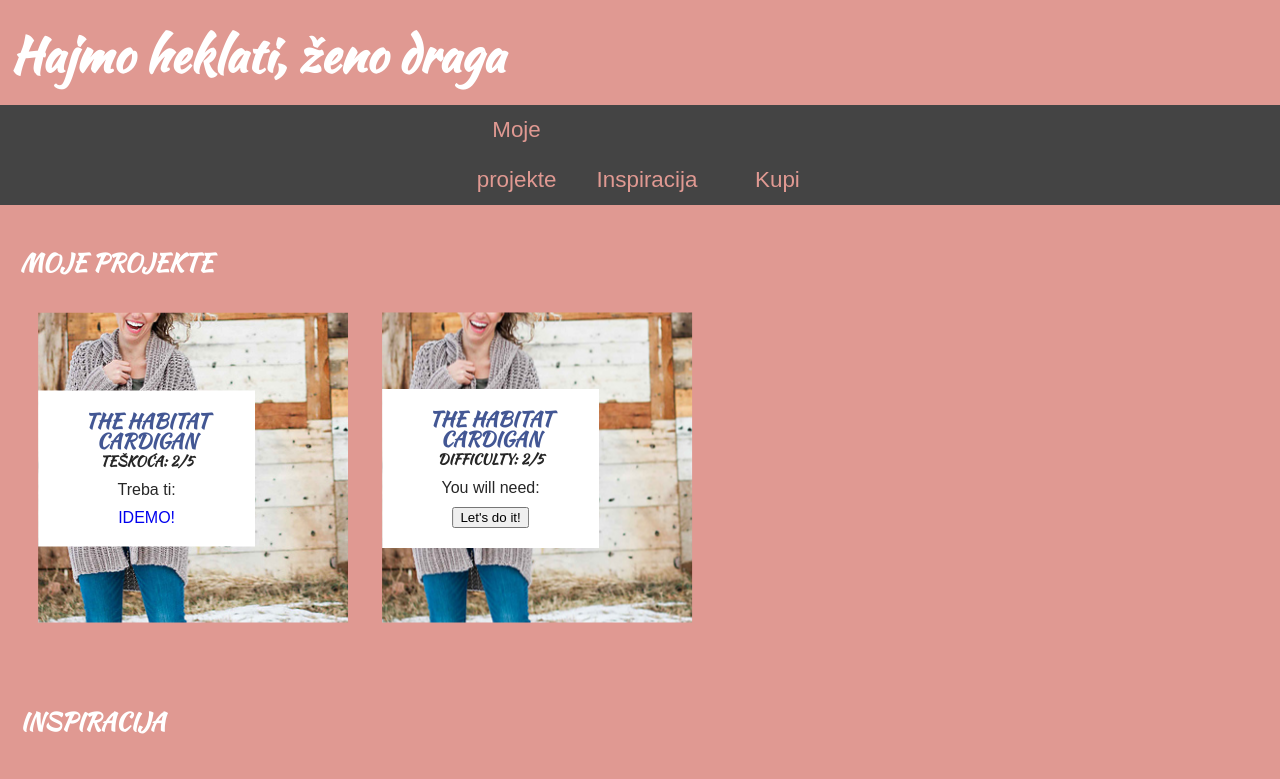
Repository: sdnc/Heklamo
Page: index.html
The author's editor kept a copy of each file at every save. The page is drawn from the files as they stood at one save, then again after a run of saves.
The browser window is 1280 px wide. The pictures show the whole page.

Above is the page before, as saved 2020-12-24 15:13:55.
Console error: ReferenceError: $ is not defined

### index.html
<html>

<head>
  <meta charset="UTF-8" />
  <meta name="viewport" content="width=device-width, initial-scale=1.0" />
  <title>Heklamo</title>
  <link rel="preconnect" href="https://fonts.gstatic.com">
<link href="https://fonts.googleapis.com/css2?family=Kaushan+Script&display=swap" rel="stylesheet">
  <link href="https://maxcdn.bootstrapcdn.com/font-awesome/4.7.0/css/font-awesome.min.css" rel="stylesheet">
  <link rel="stylesheet" href="styles.css" />
  <script src="https://unpkg.com/vue@next" defer></script>
  <script src="app.js" defer></script>
</head>

<body>
  <!--1) -->
  <!--2) -->
  <section id="header">
    <h1>Hajmo heklati, ženo draga</h1>
  </section>
  <section class="nav">
    <ul>
      <li class="setove"><a href="#">Moje projekte</a></li>
      <li class="inspiracija"><a href="#">Inspiracija</a></li>
      <li class="kupi"><a href="#">Kupi</a></li>
    </ul>
  </section>
    <section id="sets" class="divider">
      <h3>MOJE PROJEKTE</h3>
    <div class="card">
      <div class="image">
        <img
          src="img/habitatcardigan.jpg" />
      </div>
      <div class="details">
        <div class="center">
          <h1>The Habitat Cardigan<br><span>Teškoća: 2/5</span></h1>
          <p>Treba ti:</p>
          <a href="#" class="button">IDEMO!</a>
        </div>
      </div>
    </div>

    <div class="card">
      <div class="image">
        <img src="img/habitatcardigan.jpg" />
      </div>
      <div class="details">
        <div class="center">
          <h1>The Habitat Cardigan<br><span>Difficulty: 2/5</span></h1>
          <p>You will need:</p>
          <button>Let's do it!</button>
        </div>
      </div>
    </div>
  </section>

  <section id="inspiration" class="divider">
    <h3>INSPIRACIJA</h3>



  </section>

  <section id="buy" class="divider">

  </section>

  <script>


  </script>
</body>

</html>

### styles.css
body {
  margin: 0;
  padding: 0;
  font-family: sans-serif;
  background-color: #e09992;
}

.divider {
  margin: 40px 0 30px 20px;
}

h1 {
  font-family: "Kaushan Script", sans-serif;
  font-size: 48;
  margin: 20px 0 15px 10px;
  color: white;
}

h3 {
  font-family: "Kaushan Script", sans-serif;
  font-size: 24;
  color: white;

}
/* NAV BAR */

.nav ul {
  list-style: none;
  background-color: #444;
  text-align: center;
  padding: 0;
  margin: 0;
}
.nav li {
  font-family: 'Oswald', sans-serif;
  font-size: 0.2rem;
  padding-left: 10px;
}

.nav a {
  text-decoration: none;
  color: #e09992;
  display: block;
  transition: .3s background-color;
}

.nav a:hover {
  background-color: white;
}
/*
.nav a.active {
  background-color: #fff;
  color: #444;
  cursor: default;
} */

@media screen and (min-width: 600px) {
  .nav li {
    width: 120px;
    border-bottom: none;
    height: 50px;
    line-height: 50px;
    font-size: 1.4em;
  }

  /* Option 1 - Display Inline */
  .nav li {
    display: inline-block;
    margin-right: -4px;
  }

/* MY SETS - section */
.card {
  margin: 5px 15px;
  display: inline-block;
  transform: translate(1%,1%);
  width: 310px;
  height: 350px;
}
.image {
  width: 310px;
  height: 350px;
  overflow: hidden;
}
.card .image img {
  width: 100%;
  transition: .5s;
}
.card:hover .image img {
  opacity: .5;
  transform: translateX(30%);/*100%*/
}
.card .details {
  position: absolute;
  top: 0;
  left: 0;
  width: 70%;/*100%*/
  height: 89%;
  background: #7ca9e0;
  transition: .5s;
  transform-origin: left;
  transform: perspective(2000px) rotateY(-90deg);
}
.card:hover .details {
  transform: perspective(2000px) rotateY(0deg);
}
.card .details .center {
  padding: 20px;
  text-align: center;
  background: #fff;
  position: absolute;
  top: 50%;
  transform: translateY(-50%);
}
.card .details .center h1 {
  margin: 0;
  padding: 0;
  color: #435794;
  line-height: 20px;
  font-size: 20px;
  text-transform: uppercase;
}
.card .details .center h1 span {
  font-size: 14px;
  color: #262626;
}
.card .details .center p {
  margin: 10px 0;
  padding: 0;
  color: #262626;
}

.button {
  text-decoration: none;
  border: 1px green;
}

/* INPIRATION SECTION */

### app.js
$('#recipeCarousel').carousel({
    interval: 10000
  })

  $('.carousel .carousel-item').each(function(){
      var minPerSlide = 3;
      var next = $(this).next();
      if (!next.length) {
      next = $(this).siblings(':first');
      }
      next.children(':first-child').clone().appendTo($(this));

      for (var i=0;i<minPerSlide;i++) {
          next=next.next();
          if (!next.length) {
              next = $(this).siblings(':first');
            }

          next.children(':first-child').clone().appendTo($(this));
        }
  });

After the next 4 saves:
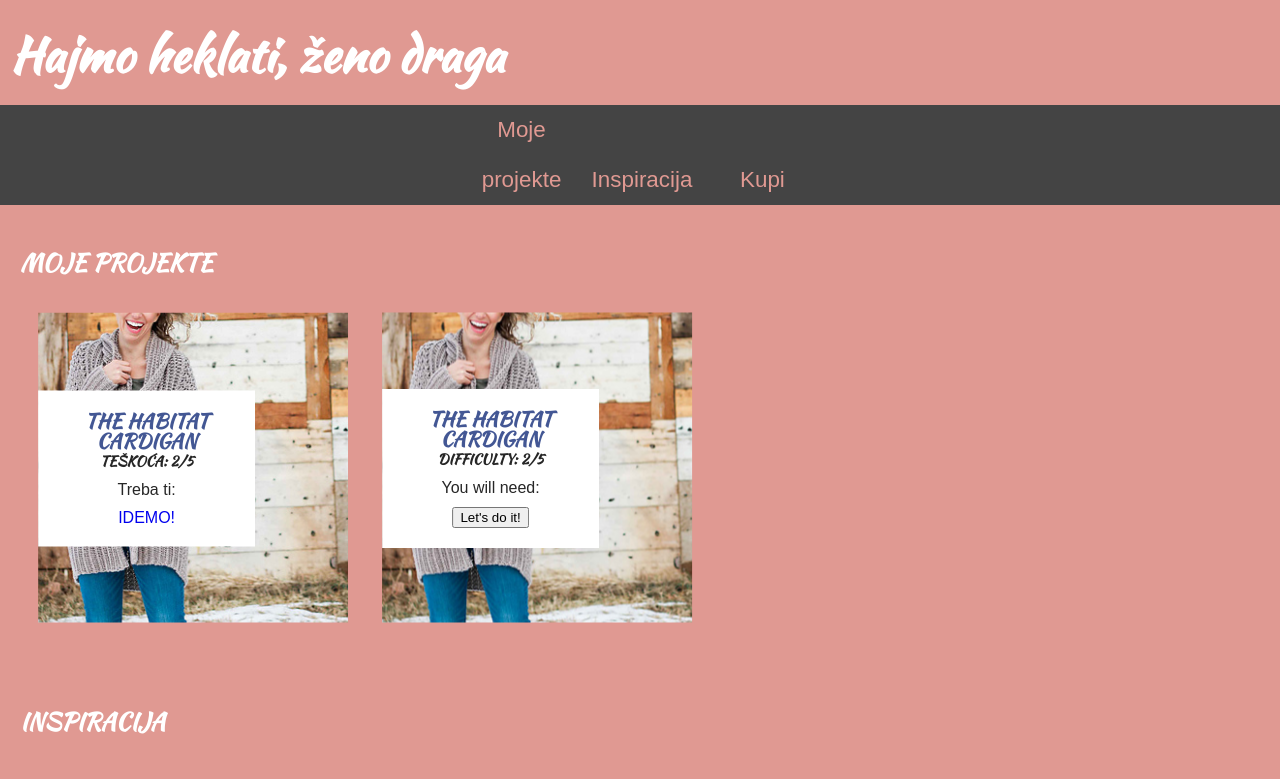
The 4 saves are shown as one change because they came seconds apart.
The last was saved 44 s later.
--- a/styles.css
+++ b/styles.css
@@ -33,8 +33,6 @@ h3 {
 }
 .nav li {
   font-family: 'Oswald', sans-serif;
-  font-size: 0.2rem;
-  padding-left: 10px;
 }
 
 .nav a {
